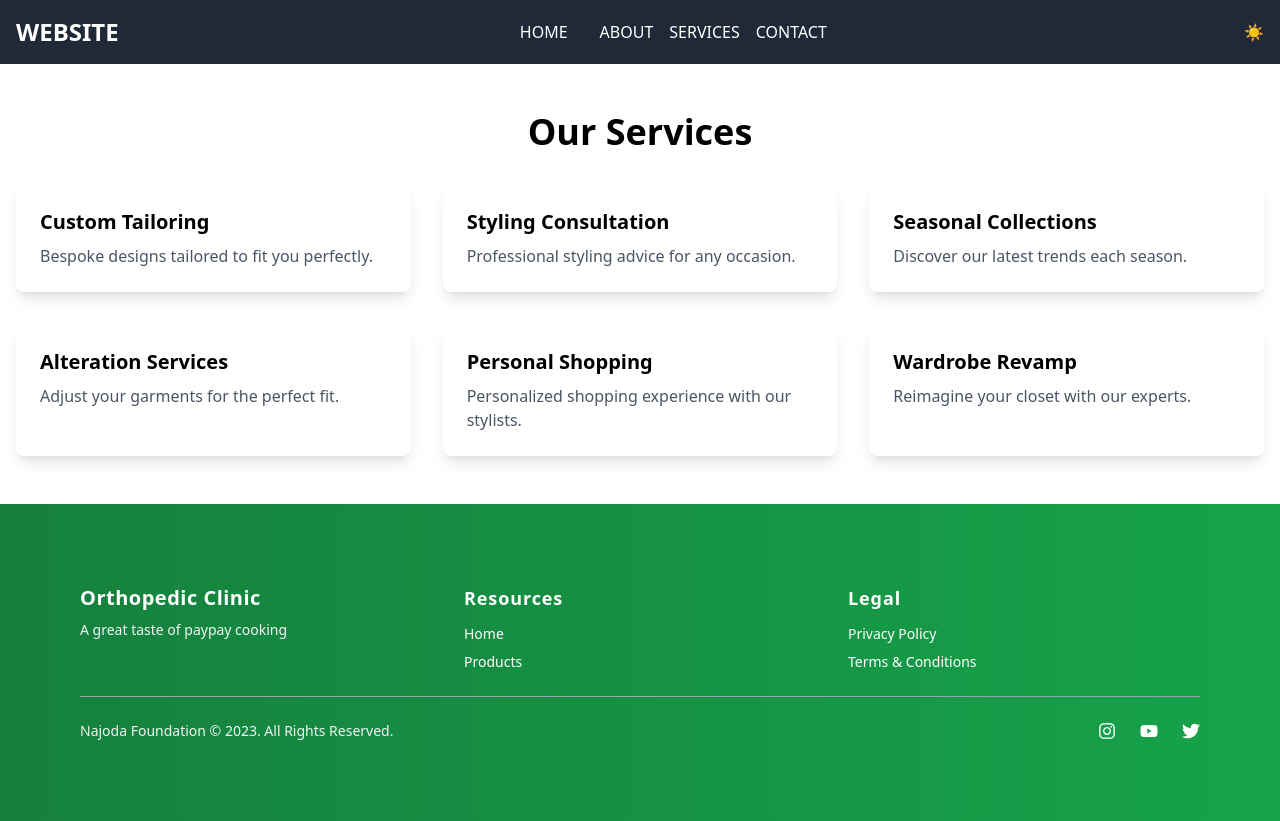
Repository: countaustin1990/file-C-Users-user-Documents-Final-20Cart
Page: /services (app in Documents/BXXXN/my-app/)
The author's editor kept a copy of each file at every save. The page is drawn from the files as they stood at one save, then again after the next save.
The browser window is 1280 px wide. The pictures show the whole page.
The project was rebuilt for these pictures with package versions that can differ from the ones it lists, and the page was loaded fresh each time. Also part of the build but not shown: Documents/BXXXN/my-app/vite.config.js, Documents/BXXXN/my-app/src/components/folder/HeroSection.test.jsx, Documents/BXXXN/my-app/src/components/horizontalscroll/style.css, Documents/BXXXN/my-app/src/components/horizontalscroll/HorizontalScroll.jsx, Documents/BXXXN/my-app/src/pages/home/Home.test.jsx, Documents/BXXXN/my-app/src/pages/contact/Contact.jsx, Documents/BXXXN/my-app/src/pages/about/About.jsx.

Above is the page before, as saved 2024-10-31 21:45:20.

After the next save:
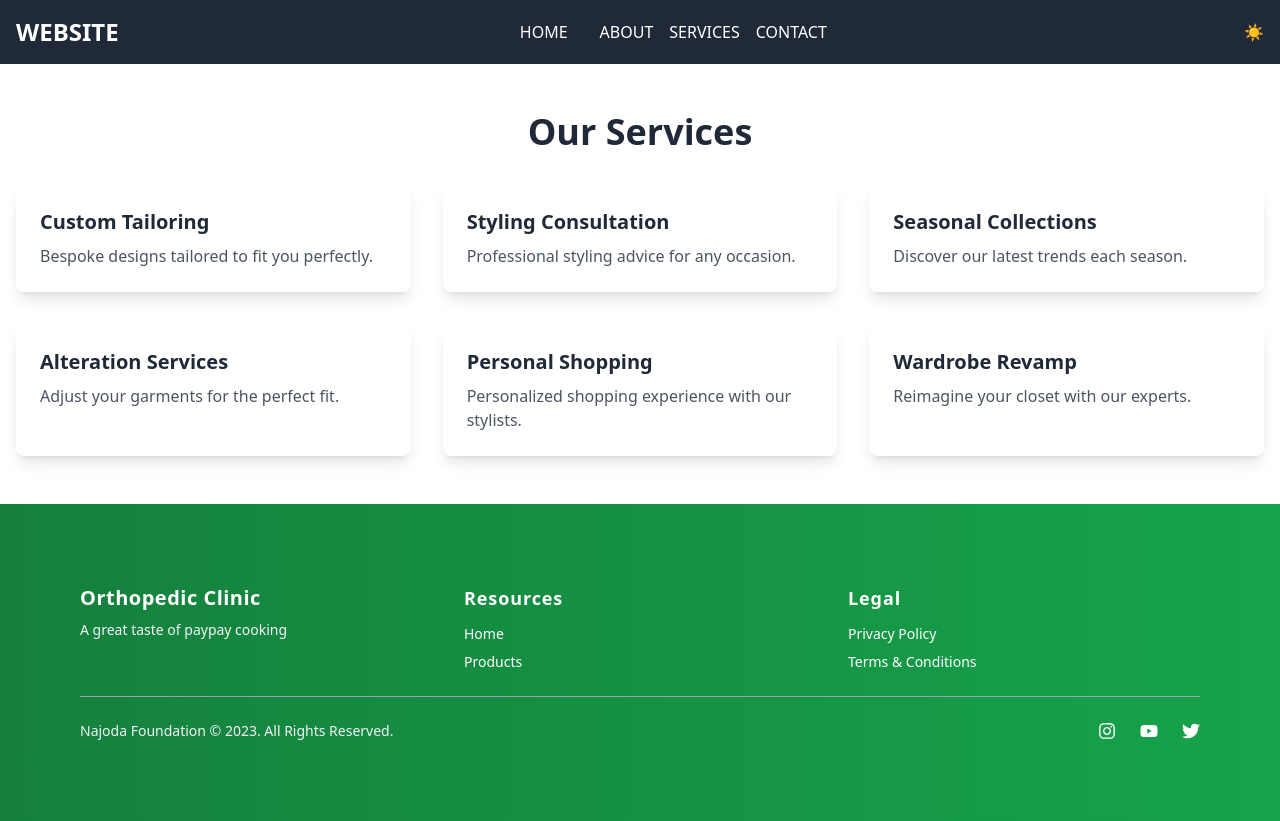
Saved 3 min 20 s later.
--- a/Documents/BXXXN/my-app/src/pages/services/Services.jsx
+++ b/Documents/BXXXN/my-app/src/pages/services/Services.jsx
@@ -1,6 +1,6 @@
 import React from 'react';
 
-const Services = () => {
+const Services = ({ isDarkMode }) => {
   const services = [
     { title: "Custom Tailoring", description: "Bespoke designs tailored to fit you perfectly." },
     { title: "Styling Consultation", description: "Professional styling advice for any occasion." },
@@ -11,13 +11,13 @@ const Services = () => {
   ];
 
   return (
-    <div className="container mx-auto py-12 px-4">
+    <div className={`container mx-auto py-12 px-4 ${isDarkMode ? 'bg-gray-800 text-white' : 'bg-white text-gray-800'}`}>
       <h1 className="text-4xl font-bold text-center mb-8">Our Services</h1>
       <div className="grid grid-cols-1 md:grid-cols-2 lg:grid-cols-3 gap-8">
         {services.map((service, index) => (
           <div
             key={index}
-            className="bg-white p-6 shadow-lg rounded-lg transition-transform transform hover:scale-105"
+            className={`p-6 shadow-lg rounded-lg transition-transform transform hover:scale-105 ${isDarkMode ? 'bg-gray-700' : 'bg-white'}`}
           >
             <h2 className="text-xl font-semibold mb-2">{service.title}</h2>
             <p className="text-gray-600">{service.description}</p>
